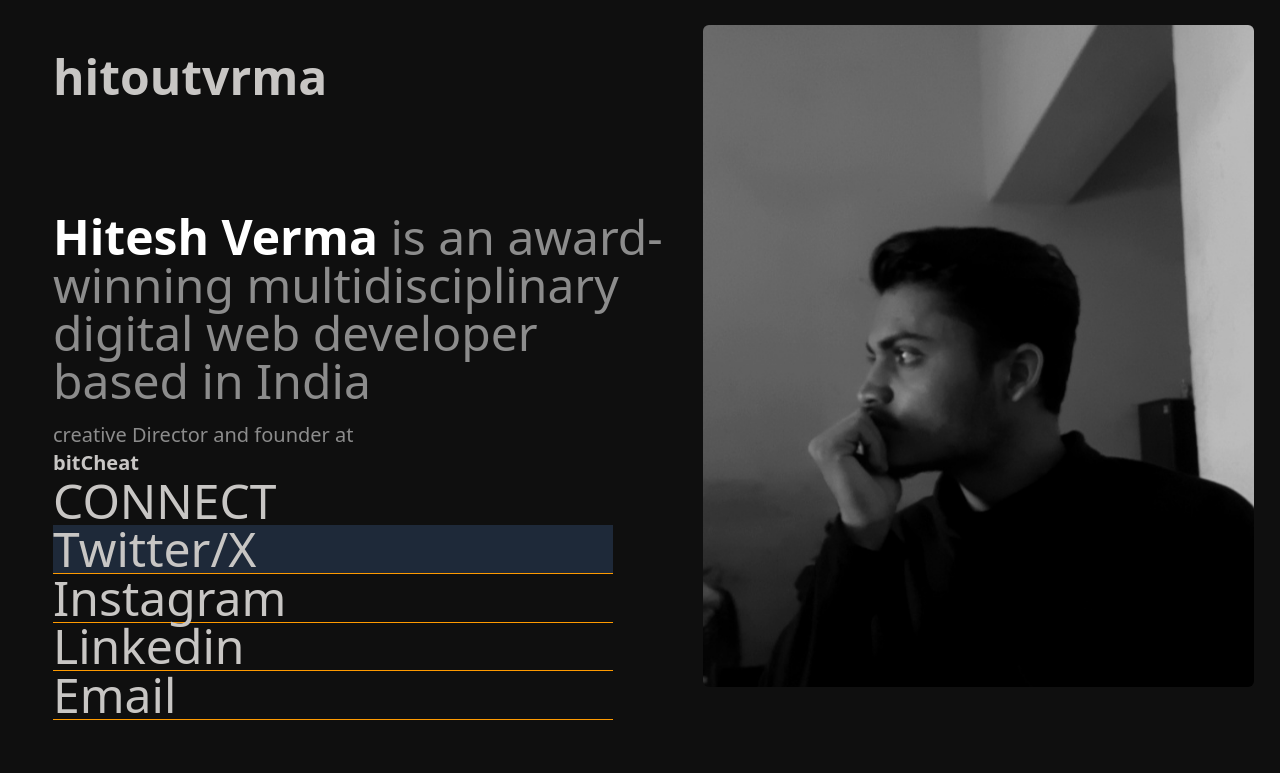
Repository: hitoutvrma/portfolio
Page: /
An editor plug-in stored every save of this project. The page is shown before and after a run of saves, followed by the edit.
The browser window is 1280 px wide. The pictures show the whole page.
The project was rebuilt for these pictures with package versions that can differ from the ones it lists, and the page was loaded fresh each time. Also part of the build but not shown: vite.config.js.

Above is the page before, as saved 2025-03-07 01:16:10.

### src/index.css
@import "tailwindcss";
body{
    background-color: #0f0f0f;
    color: #c8c6c4;
    padding: 25px;
}

### src/App.jsx
import React from 'react'

function App() {
  return (
    <div className=''>
      <div className="sm:flex">
      <div className='hero sm:p-7 sm:text-5xl text-[8vw] w-[80vw] sm:w-[53vw]'>
      <logo className='text-4xl sm:text-5xl font-semibold'>hitoutvrma</logo>
        <p className='mt-28 leading-none text-[#8c8c8c]'><span className='text-white font-semibold'>Hitesh Verma</span> is an award-winning multidisciplinary digital web developer based in India</p>

        <div className='text-xl pt-4'>
          <p className='text-[#8c8c8c]'>creative Director and founder at </p>
          <p className='font-semibold'>bitCheat</p>
        </div>
        <div className=''>
          <p>CONNECT</p>
          <div className='w-[90%] bg-gray-800'>Twitter/X</div>
          <div className='w-[90%] h-[0.1vh] bg-amber-500'></div>
          <p>Instagram</p>
          <div className='w-[90%] h-[0.1vh] bg-amber-500'></div>
          <p>Linkedin</p>
          <div className='w-[90%] h-[0.1vh] bg-amber-500'></div>
          <p>Email</p>
          <div className='w-[90%] h-[0.1vh] bg-amber-500'></div>
        </div>
        </div>
        <div style={{ backgroundImage: "url('/user.jpg')" }} className=' bg-cover bg-center w-[43vw] h-[92vh]  bg-[#3a3a3a] rounded-md'>
        </div>
      </div>

    </div>
  )
}

export default App

Loaded but not shown: index.html (common file); src/main.jsx (common file)

After the next 3 saves:
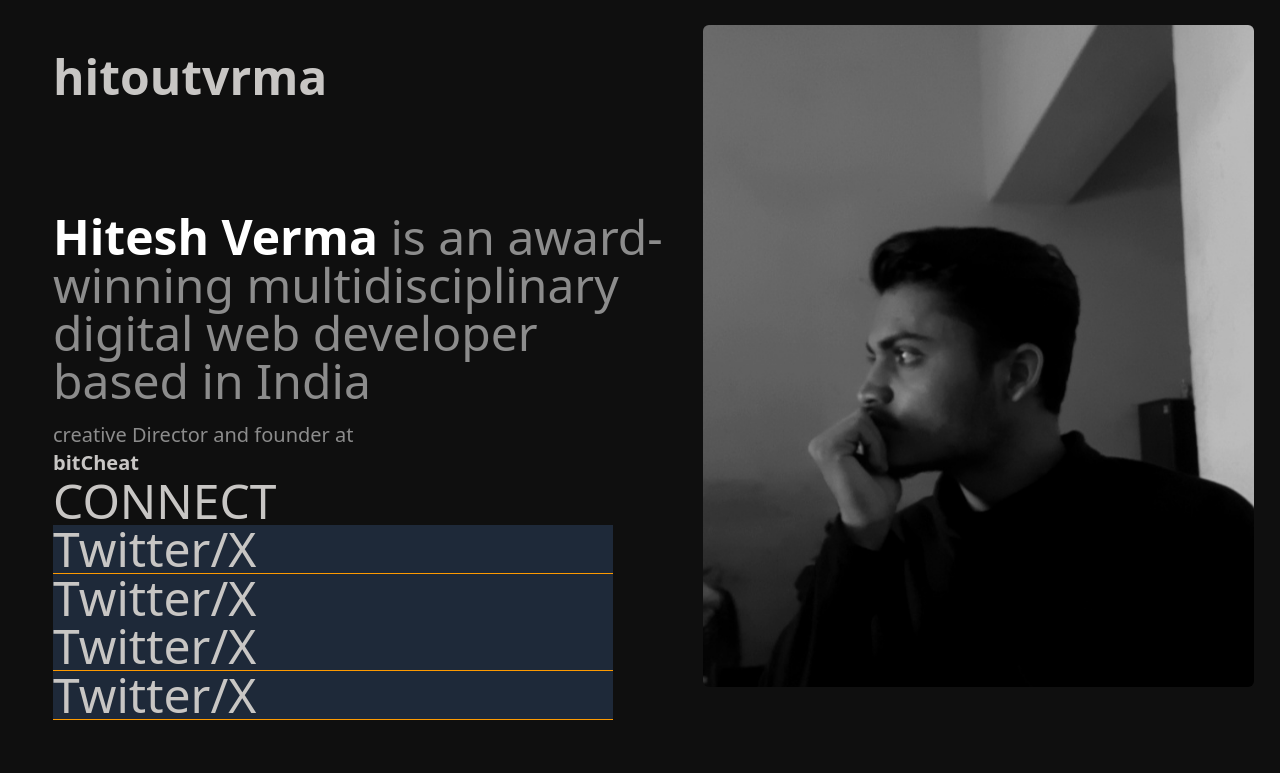
The 3 saves are shown as one change because they came seconds apart.
The last was saved 23 s later.
--- a/src/App.jsx
+++ b/src/App.jsx
@@ -16,11 +16,11 @@ function App() {
           <p>CONNECT</p>
           <div className='w-[90%] bg-gray-800'>Twitter/X</div>
           <div className='w-[90%] h-[0.1vh] bg-amber-500'></div>
-          <p>Instagram</p>
+          <div className='w-[90%] bg-gray-800'>Twitter/X</div>
           <div className='w-[90%] h-[0.1vh] bg-amber-500'></div>
-          <p>Linkedin</p>
+          <div className='w-[90%] bg-gray-800'>Twitter/X</div>
           <div className='w-[90%] h-[0.1vh] bg-amber-500'></div>
-          <p>Email</p>
+          <div className='w-[90%] bg-gray-800'>Twitter/X</div>
           <div className='w-[90%] h-[0.1vh] bg-amber-500'></div>
         </div>
         </div>
